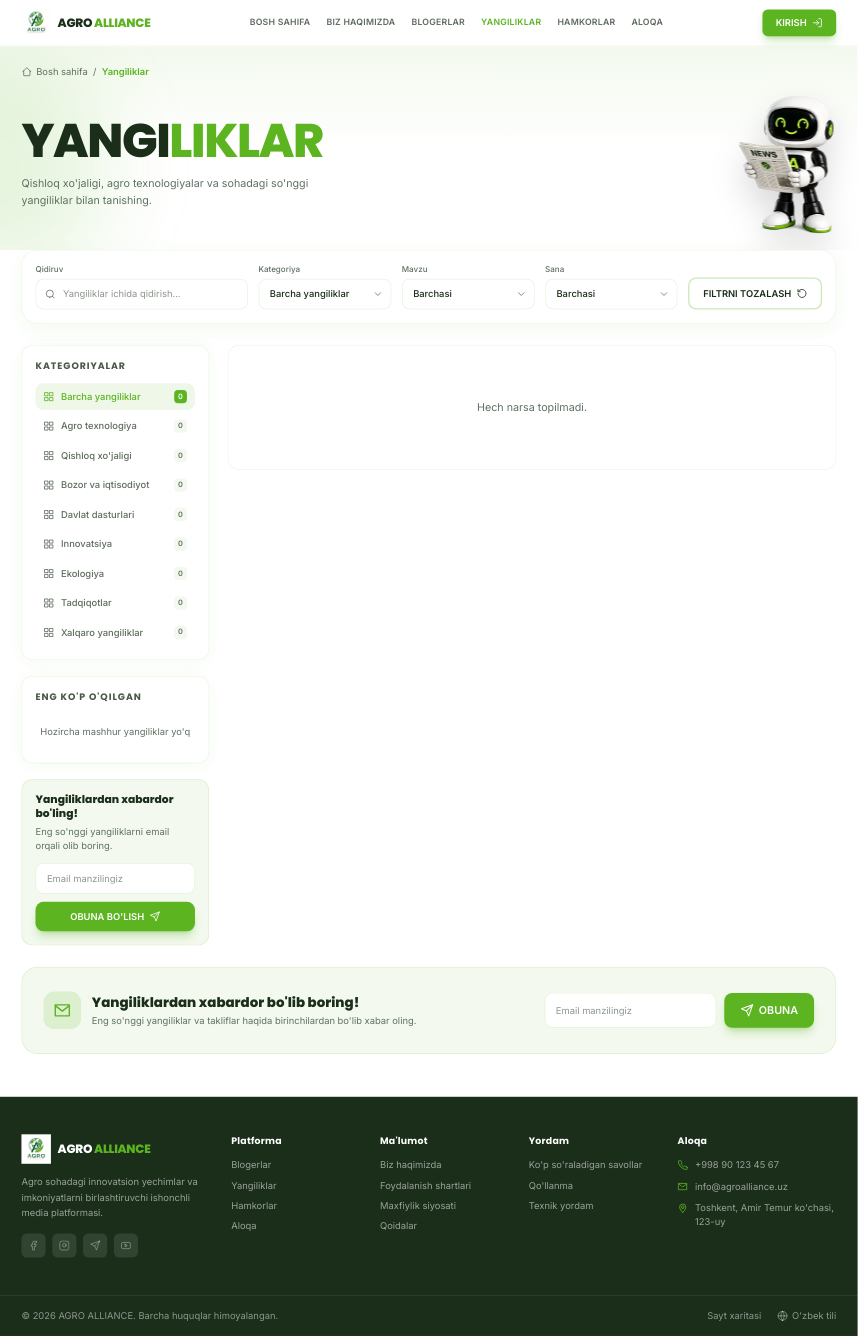
Repository: uzgroww-oss/agro-alliance
Page: /yangiliklar
These files come from the project's save history. The page is drawn as it stood at one moment and after the next save; the edit follows.
The browser window is 1280 px wide. The pictures show the whole page, at 67% of full size.
The page's requests for data from a server got no answer. The project was rebuilt for these pictures with package versions that can differ from the ones it lists, and the page was loaded fresh each time. No one was signed in, and anything a server would have sent is missing. Also part of the build but not shown: vite.config.ts, src/lib/error-boundary.tsx, src/pages/Home.tsx, src/pages/About.tsx, src/lib/bloggers.ts, src/pages/Bloggers.tsx, src/pages/BloggerProfile.tsx, src/pages/Platform.tsx and 13 more.

Above is the page before, as saved 2026-07-13 10:33:18.

After the next save:
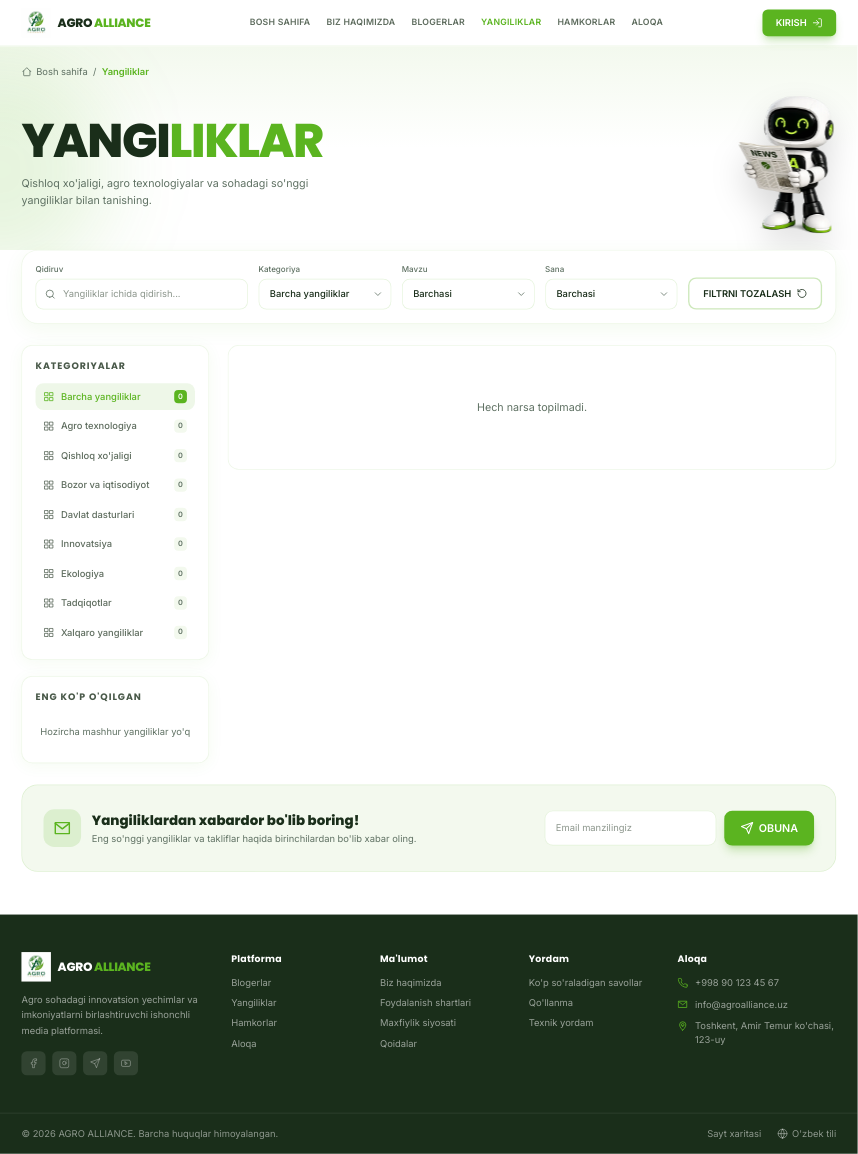
Saved 56 s later.
--- a/src/pages/News.tsx
+++ b/src/pages/News.tsx
@@ -29,23 +29,7 @@ function SidebarSubscribe() {
       setDone(true); setEmail("")
     } catch (e) { setErr(e instanceof Error ? e.message : "Xatolik") } finally { setBusy(false) }
   }
-  return (
-    <div className="rounded-2xl border border-green/15 bg-soft p-5">
-      <h3 className="font-display font-extrabold leading-tight">Yangiliklardan xabardor bo'ling!</h3>
-      {done ? (
-        <p className="mt-3 flex items-center gap-2 text-sm font-semibold text-green"><Icon d={I.check} className="h-4 w-4" /> Obuna bo'ldingiz! Rahmat.</p>
-      ) : (
-        <>
-          <p className="mt-2 text-sm text-muted">Eng so'nggi yangiliklarni email orqali olib boring.</p>
-          <input value={email} onChange={(e) => setEmail(e.target.value)} onKeyDown={(e) => e.key === "Enter" && submit()} placeholder="Email manzilingiz" type="email" className="mt-4 w-full rounded-xl border border-green/15 bg-white px-4 py-3 text-sm outline-none focus:border-green" />
-          {err && <p className="mt-2 text-xs text-red-500">{err}</p>}
-          <button onClick={submit} disabled={busy} className="mt-3 flex w-full items-center justify-center gap-2 rounded-xl bg-green px-4 py-3 text-sm font-bold text-white shadow-lg shadow-green/30 transition-transform hover:scale-[1.02] disabled:opacity-60">
-            {busy ? "..." : "OBUNA BO'LISH"} <Icon d={I.send} className="h-4 w-4" />
-          </button>
-        </>
-      )}
-    </div>
-  )
+
 }
 
 /* ---------- Small components ---------- */
